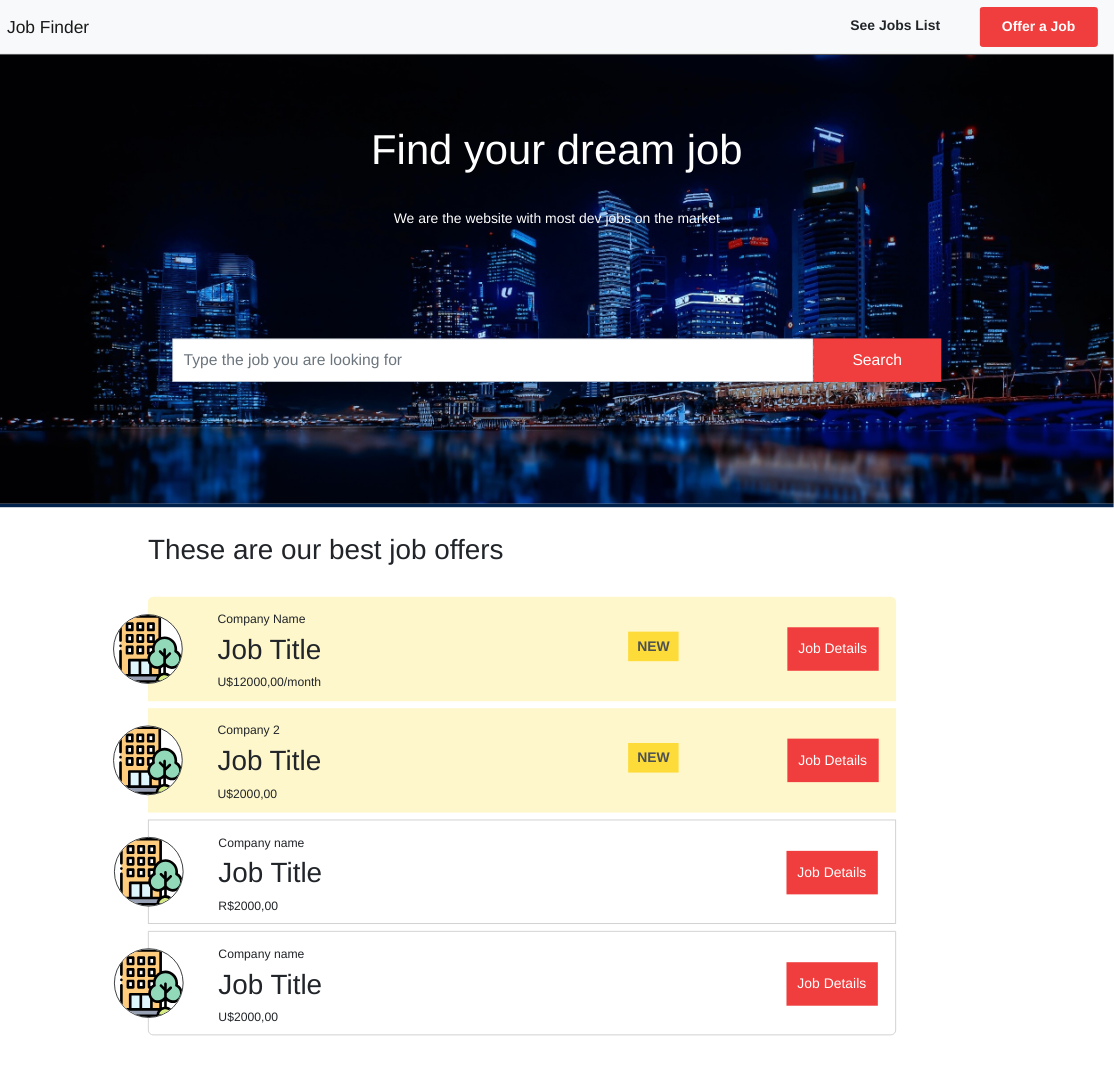
Repository: doncsar/couse-jobfinder-app
Page: templates/index.html
The author's editor kept a copy of each file at every save. The page is drawn from the files as they stood at one save, then again after the next save.
The browser window is 1280 px wide. The pictures show the whole page, at 87% of full size.

Above is the page before, as saved 2023-12-20 19:46:10.

After the next save:
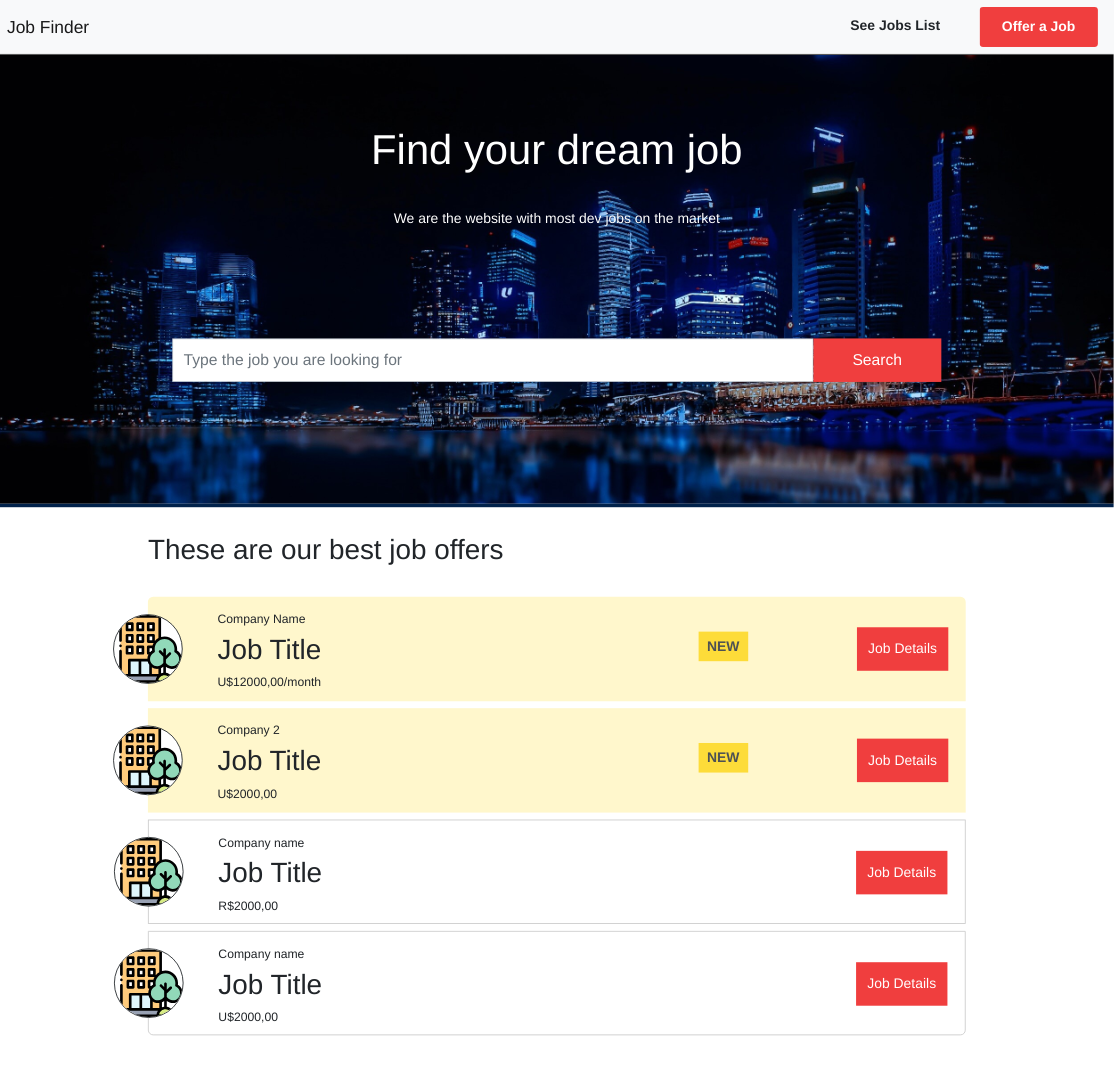
Saved 4 s later.
--- a/templates/index.html
+++ b/templates/index.html
@@ -69,7 +69,7 @@
       <main>
          <div id="jobs-container" class="container">
             <div class="row">
-               <div class="col-md-11">
+               <div class="col-md-12">
                   <h2 id="job-list-title">These are our best job offers</h2>
                   <ul id="job-list" class="list-group">
                      <li class="new-job list-group-item">
